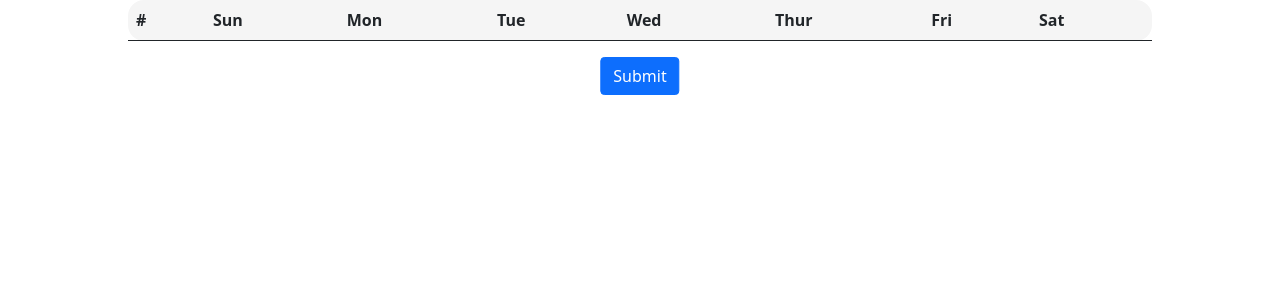
Repository: xich4932/fuxiguanli
Page: index_main.html
An editor plug-in stored every save of this project. The page is shown before and after the next save, followed by the edit.
The browser window is 1280 px wide. The pictures show the whole page.

Above is the page before, as saved 2021-06-21 22:02:28.
Console error: SyntaxError: Unexpected token '}'

After the next save:
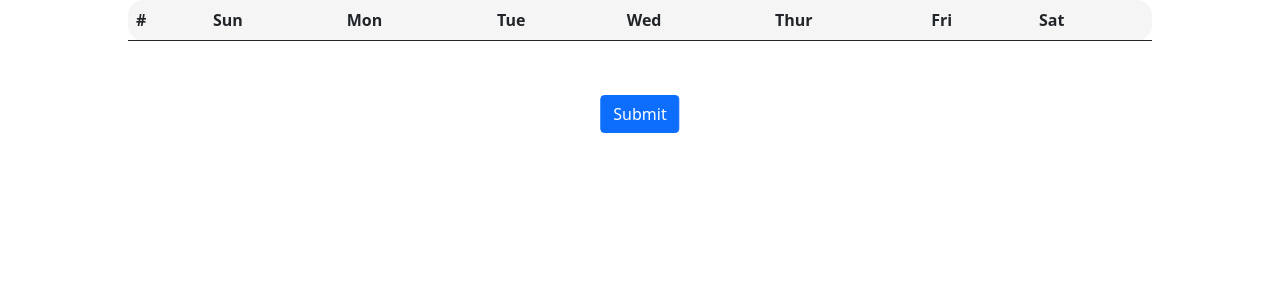
Saved 9 s later.
--- a/index_main.html
+++ b/index_main.html
@@ -79,7 +79,7 @@
 
     <div>
       <div >
-        <a class="btn btn-primary" href="class_main.html" style="display: none;" role="button" id="table_next">Next</a>
+        <a class="btn btn-primary" href="class_main.html" style="visibility: hidden;" role="button" id="table_next">Next</a>
       </div>
     </div>
 
